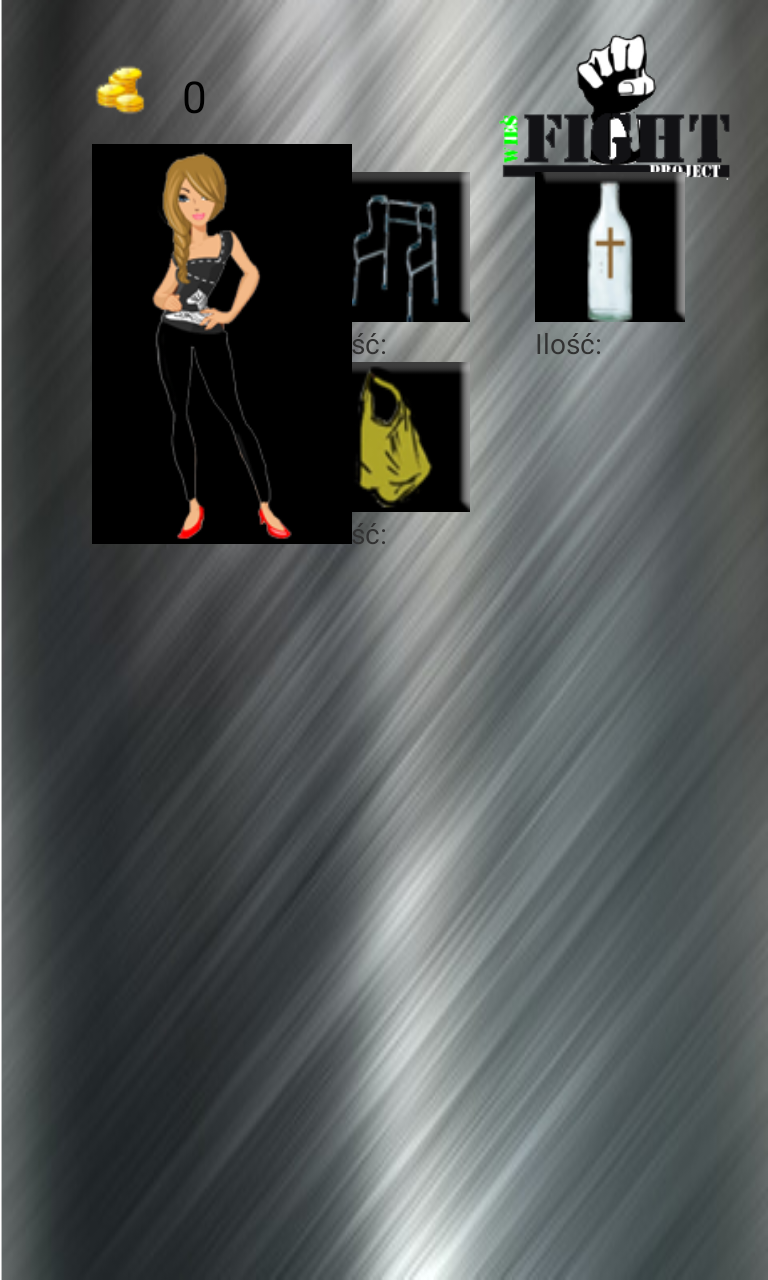
Repository: KrzysztofWolinski/WiesFight_Project
Layout: WiesFight/res/layout/activity_shop.xml
These files come from the project's save history. The layout is drawn as it stood at one moment and after the next save; the edit follows.
It is drawn on a 768 x 1280 px phone screen (xhdpi) without system bars, with theme AppTheme; the app's code is not run.

Above is the layout before, as saved 2014-11-17 20:33:52.

After the next save:
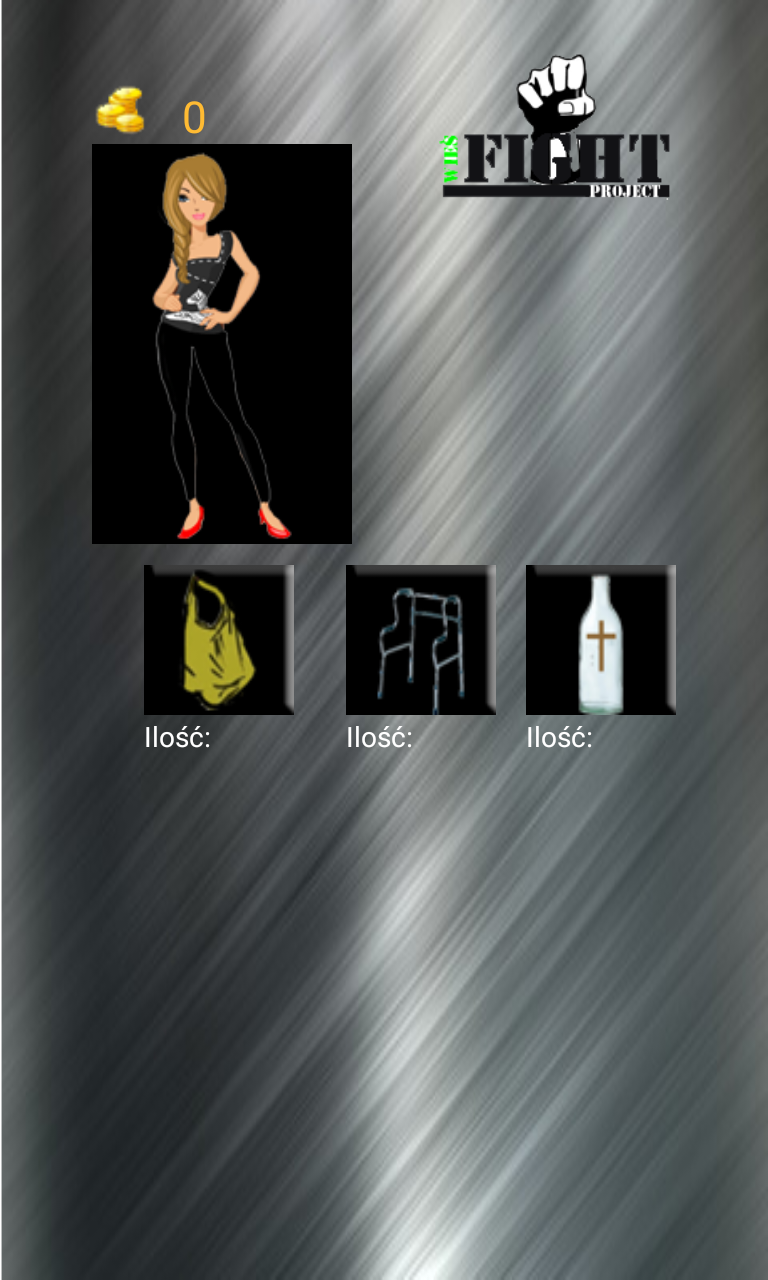
Saved 5 min 5 s later.
--- a/WiesFight/res/layout/activity_shop.xml
+++ b/WiesFight/res/layout/activity_shop.xml
@@ -15,22 +15,10 @@
         android:layout_height="wrap_content"
         android:layout_alignParentRight="true"
         android:layout_alignParentTop="true"
+        android:layout_marginTop="10dp"
+        android:layout_marginRight="30dp"
         android:contentDescription="@string/logo"
         android:src="@drawable/logo" />
-
-    <ImageButton
-        android:id="@+id/imageButton1"
-        android:layout_width="75dp"
-        android:layout_height="75dp"
-        android:layout_centerVertical="true"
-        android:layout_alignLeft="@+id/imgLogo"
-        android:layout_alignTop="@+id/imgLogo"
-        android:layout_marginLeft="-90dp"
-        android:layout_marginTop="70dp"
-        android:background="@android:color/transparent"
-        android:onClick="buyDefenseItem"
-        android:scaleType="fitXY"
-        android:src="@drawable/chodzik" />
 
     <TextView
         android:id="@+id/defenseItemsText"
@@ -40,20 +28,8 @@
         android:layout_alignTop="@+id/imageButton1"
         android:layout_marginTop="76dp"
         android:text="Ilość:"
-        android:textAppearance="?android:attr/textAppearanceSmall" />
-
-    <ImageButton
-        android:id="@+id/imageButton2"
-        android:layout_width="75dp"
-        android:layout_height="75dp"
-        android:layout_alignLeft="@+id/imgLogo"
-        android:layout_alignTop="@+id/imgLogo"
-        android:layout_marginLeft="18dp"
-        android:layout_marginTop="70dp"
-        android:background="@android:color/transparent"
-        android:onClick="buyMiscItem"
-        android:scaleType="fitXY"
-        android:src="@drawable/woda" />
+        android:textAppearance="?android:attr/textAppearanceSmall"
+        android:textColor="@android:color/white" />
 
     <TextView
         android:id="@+id/miscItemsText"
@@ -63,20 +39,8 @@
         android:layout_alignTop="@+id/imageButton2"
         android:layout_marginTop="76dp"
         android:text="Ilość:"
-        android:textAppearance="?android:attr/textAppearanceSmall" />
-
-	<ImageButton
-        android:id="@+id/imageButton3"
-        android:layout_width="75dp"
-        android:layout_height="75dp"
-		android:layout_alignLeft="@+id/imgLogo"
-        android:layout_alignTop="@+id/imgLogo"
-        android:layout_marginLeft="-90dp"
-        android:layout_marginTop="165dp"
-        android:background="@android:color/transparent"
-        android:onClick="buyAttackItem"
-        android:scaleType="fitXY"
-        android:src="@drawable/torba" />
+        android:textAppearance="?android:attr/textAppearanceSmall"
+        android:textColor="@android:color/white" />
 
     <TextView
         android:id="@+id/attackItemsText"
@@ -86,7 +50,8 @@
         android:layout_alignTop="@+id/imageButton3"
         android:layout_marginTop="76dp"
         android:text="Ilość:"
-        android:textAppearance="?android:attr/textAppearanceSmall" />
+        android:textAppearance="?android:attr/textAppearanceSmall"
+        android:textColor="@android:color/white" />
 
     <ImageView
         android:id="@+id/imgAvatarShopBig"
@@ -95,18 +60,20 @@
         android:scaleType="fitXY"
         android:layout_marginLeft="30dp"
         android:layout_marginTop="56dp"
-        android:src="@drawable/blachara_big" />
+        android:src="@drawable/blachara_big"
+        android:contentDescription="@string/desc" />
 
     <TextView
         android:id="@+id/coinsText"
         android:layout_width="wrap_content"
         android:layout_height="wrap_content"
+        android:layout_alignLeft="@+id/imageView1"
         android:layout_alignTop="@+id/imageView1"
-        android:layout_alignLeft="@+id/imageView1"
         android:layout_marginLeft="45dp"
         android:layout_marginTop="3dp"
         android:text="0"
-        android:textAppearance="?android:attr/textAppearanceLarge" />
+        android:textAppearance="?android:attr/textAppearanceLarge"
+        android:textColor="@android:color/holo_orange_light" />
 
     <ImageView
         android:id="@+id/imageView1"
@@ -118,4 +85,39 @@
         android:scaleType="fitXY"
         android:src="@drawable/kasa" />
 
+    <ImageButton
+        android:id="@+id/imageButton1"
+        android:layout_width="75dp"
+        android:layout_height="75dp"
+        android:layout_centerVertical="true"
+        android:layout_marginRight="15dp"
+        android:layout_toLeftOf="@+id/imageButton2"
+        android:background="@android:color/transparent"
+        android:onClick="buyDefenseItem"
+        android:scaleType="fitXY"
+        android:src="@drawable/chodzik" />
+
+    <ImageButton
+        android:id="@+id/imageButton3"
+        android:layout_width="75dp"
+        android:layout_height="75dp"
+        android:layout_alignTop="@+id/imageButton1"
+        android:layout_marginRight="26dp"
+        android:layout_toLeftOf="@+id/defenseItemsText"
+        android:background="@android:color/transparent"
+        android:onClick="buyAttackItem"
+        android:scaleType="fitXY"
+        android:src="@drawable/torba" />
+
+    <ImageButton
+        android:id="@+id/imageButton2"
+        android:layout_width="75dp"
+        android:layout_height="75dp"
+        android:layout_alignRight="@+id/imgLogo"
+        android:layout_alignTop="@+id/imageButton1"
+        android:background="@android:color/transparent"
+        android:onClick="buyMiscItem"
+        android:scaleType="fitXY"
+        android:src="@drawable/woda" />
+
 </RelativeLayout>
